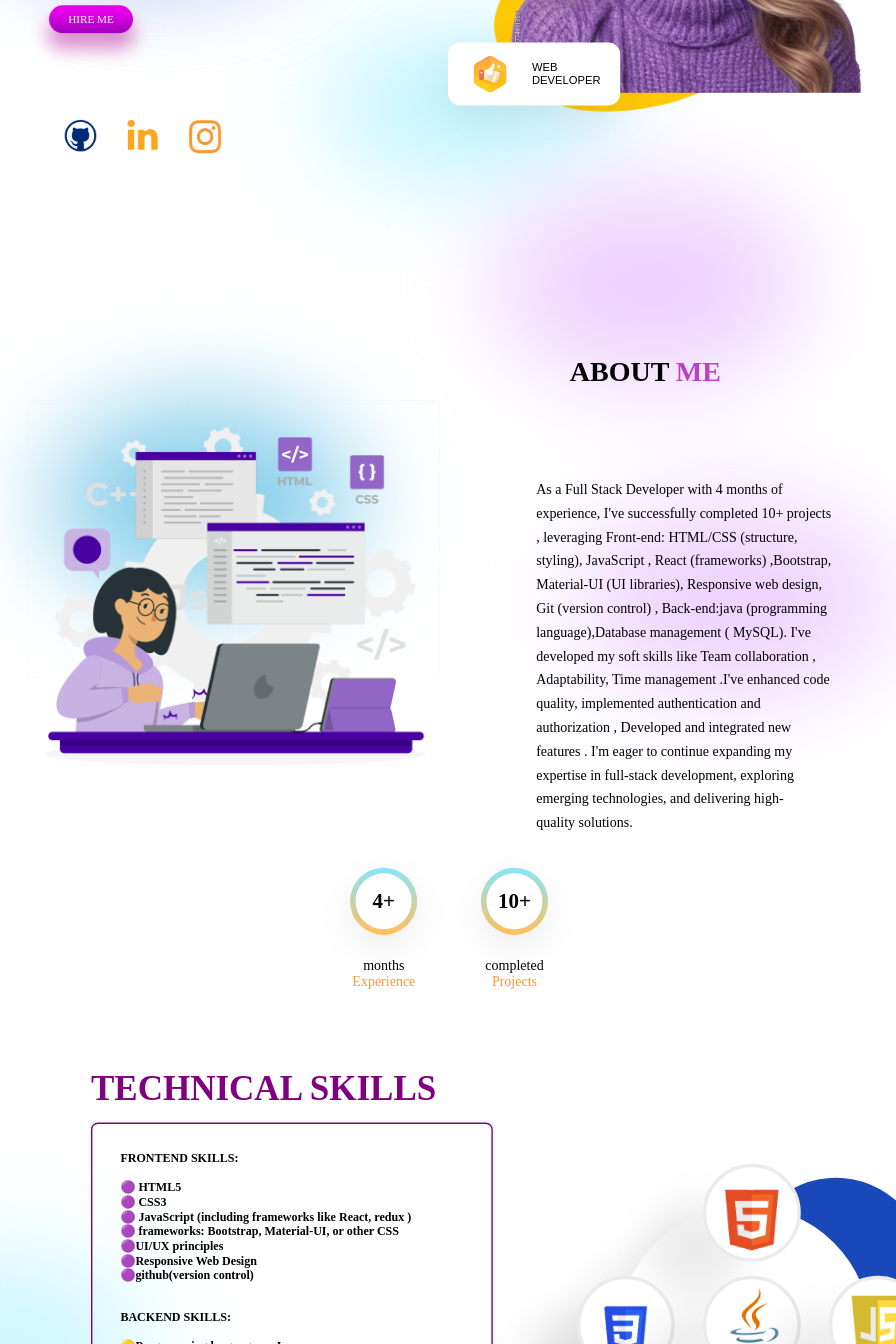
Repository: glorysandy/Protfolio
Page: /
The author's editor kept a copy of each file at every save. The page is drawn from the files as they stood at one save, then again after the next save.
The browser window is 1280 px wide. The pictures show the part of the page from y = 501 to 2421 px (the page is 5144 px tall), at 70% of full size.
Some web fonts or font styles are not loaded; a fallback is used. The project was rebuilt for these pictures with package versions that can differ from the ones it lists, and the page was loaded fresh each time. Imported but missing from the stored project, and not drawn on this page: src/components/Services/SANDHIYA.P (RESUME).pdf.

Above is the page before, as saved 2024-10-16 23:28:16.

After the next save:
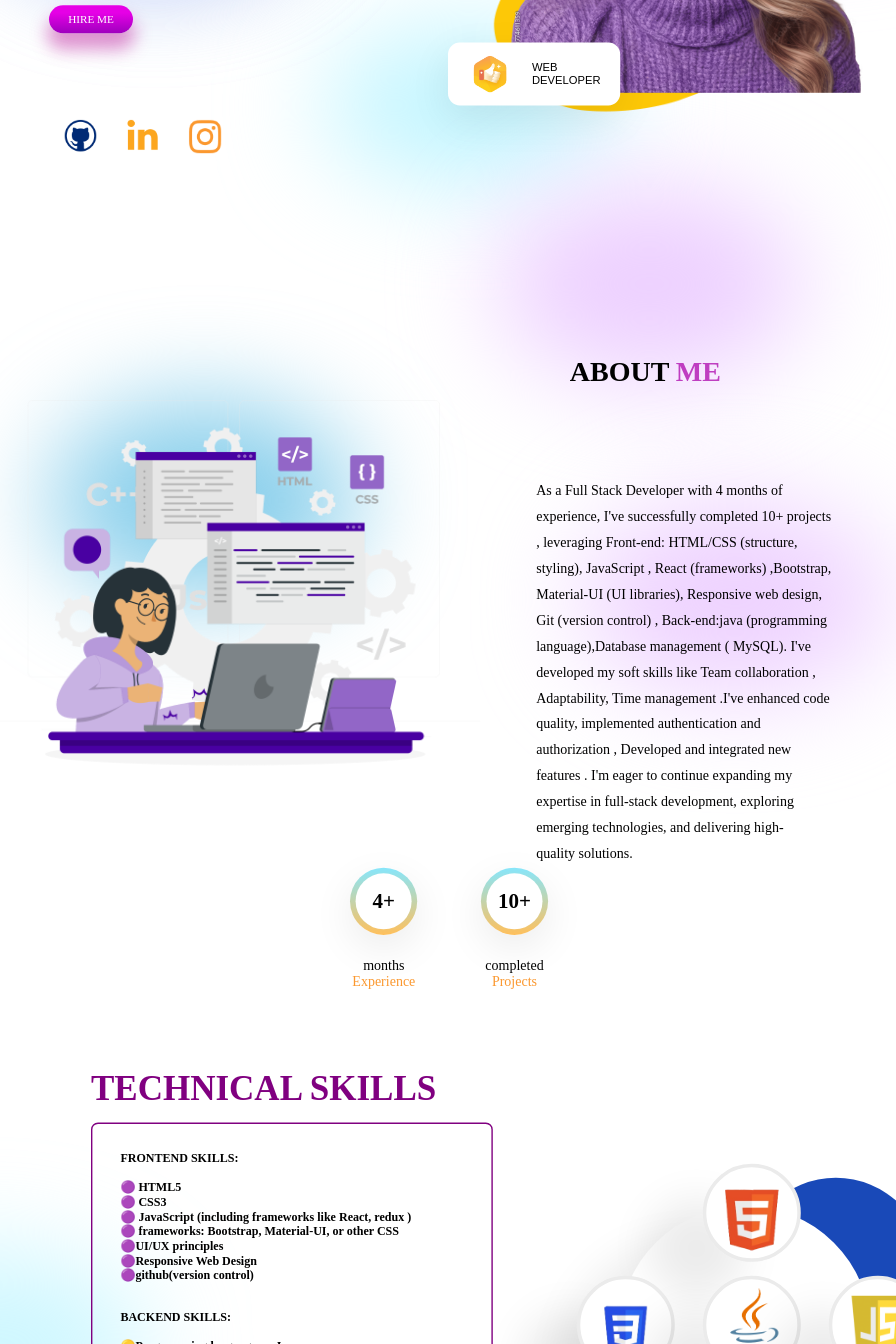
Saved 4 min 18 s later.
--- a/src/components/Testimonials/Testimonial.jsx
+++ b/src/components/Testimonials/Testimonial.jsx
@@ -17,7 +17,7 @@ const Testimonial = () => {
           src={back}
           alt=""
         />
-</div> <div className="t-sen" style={{fontSize:"1.5rem",fontWeight: "5rem",  position: "absolute", marginTop: "-80vh" ,marginLeft: "-48px",marginRight: "18px"
+</div> <div className="t-sen" style={{fontSize:"1.6rem",fontWeight: "5rem",  position: "absolute", marginTop: "-80vh" ,marginLeft: "-48px",marginRight: "18px"
 }}> <span>As a Full Stack Developer with 4 months of experience, I've   successfully completed 10+ projects , leveraging Front-end:  HTML/CSS (structure, styling), JavaScript , React (frameworks) ,Bootstrap, Material-UI (UI libraries), Responsive web design, Git (version control)
 , Back-end:java (programming language),Database management ( MySQL). I've developed my soft skills like Team collaboration , Adaptability, Time management .I've enhanced code quality, implemented authentication   and authorization
 ,  Developed and integrated new features
